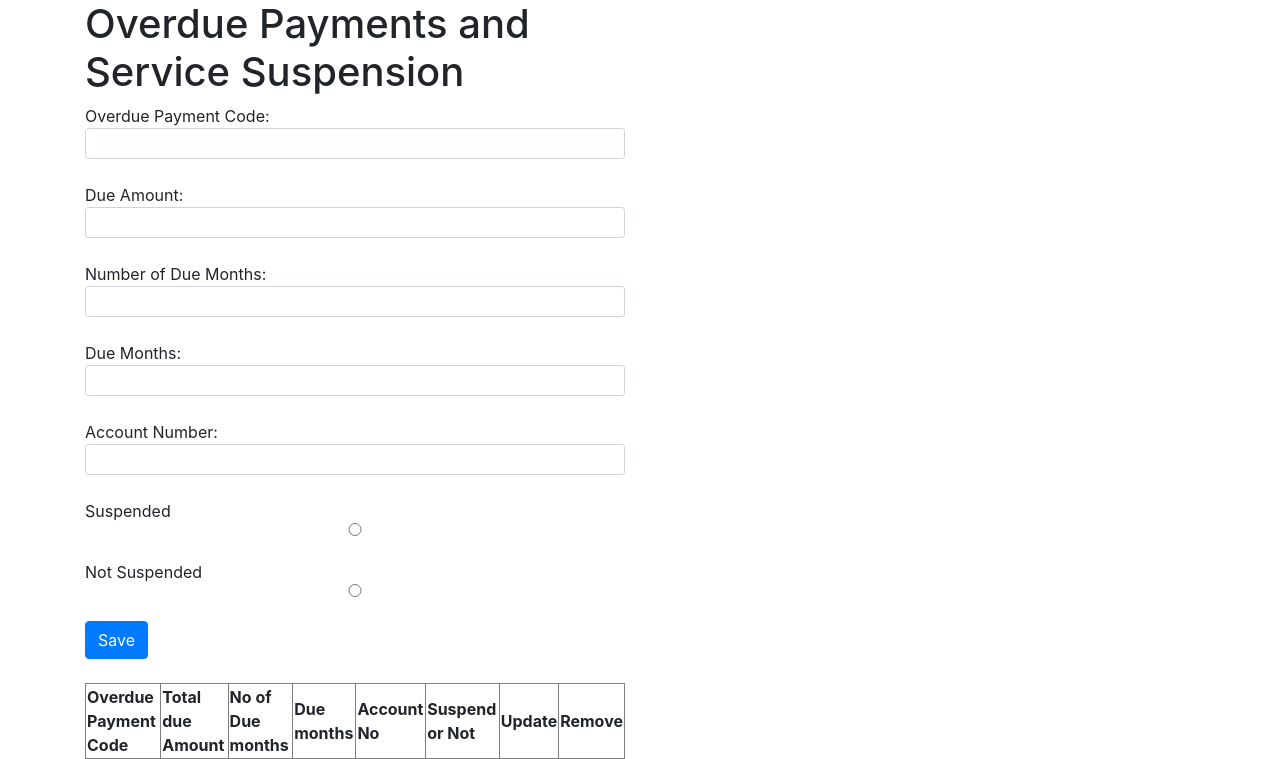
Repository: SameeriSubasinghe/ElectroGrid_G160_ODPaymentsService
Page: http://localhost/ElectroGrid_G160_ODPaymentService/ODPayment.jsp
An editor plug-in stored every save of this project. The page is shown before and after the next save, followed by the edit.
The browser window is 1280 px wide. The pictures show the whole page.
The page is served by Tomcat 9. Other server files are loaded and not shown. Queries for data that is not in the repository find no rows.

Above is the page before, as saved 2022-05-11 03:18:14.

### ElectroGrid_G160_ODPaymentService/src/main/webapp/ODPayment.jsp
<%@page import="com.ODPayment"%>
<%@ page language="java" contentType="text/html; charset=ISO-8859-1"
pageEncoding="ISO-8859-1"%>
<!DOCTYPE html>
<html>

<head>
<meta charset="ISO-8859-1">
<title>Overdue Payments and Service Suspension</title>
<link rel="stylesheet" href="Views/bootstrap.min.css">
<script src="Components/jquery-3.6.0.js"></script>
<script src="Components/ODPayment.js"></script>
</head>

<body>
<div class="container"><div class="row"><div class="col-6">
       <h1>Overdue Payments and Service Suspension</h1>
              <form id="formOdps" name="formOdps">
              Overdue Payment Code:
              <input id="ODCode" name="ODCode" type="text" class="form-control form-control-sm">
              <br>
              Due Amount:
              <input id="dueAmount" name="dueAmount" type="number" class="form-control form-control-sm">
              <br>
              Number of Due Months:
              <input id="dueMonthsNo" name="dueMonthsNo" type="number" class="form-control form-control-sm">
              <br>
              Due Months:
              <input id="dueMonths" name="dueMonths" type="text" class="form-control form-control-sm">
              <br>
              Account Number:
              <input id="accountNo" name="accountNo" type="text" class="form-control form-control-sm">
              <br>
              Suspended
              <input id="IsSuspend" name="IsSuspend" type="radio" class="form-control form-control-sm">
              <br>
              Not Suspended
              <input id="IsSuspend" name="IsSuspend" type="radio" class="form-control form-control-sm">
              <br>


              <input id="btnSave" name="btnSave" type="button" value="Save" class="btn btn-primary">
              <input type="hidden" id="hidOdpsIDSave" name="hidOdpsIDSave" value="">
</form>
<div id="alertSuccess" class="alert alert-success"></div>
<div id="alertError" class="alert alert-danger"></div>
<br>
<div id="divOdpsGrid">
 <%
 ODPayment ODPObj = new ODPayment();
 out.print(ODPObj.readODPayment());
 %>
</div>
</div> </div> </div>
</body>
</html>

### ElectroGrid_G160_ODPaymentService/src/main/webapp/Components/ODPayment.js
 $(document).ready(function()
{
if ($("#alertSuccess").text().trim() == ""){
 $("#alertSuccess").hide();
 }
 $("#alertError").hide();
});


// SAVE ============================================
 $(document).on("click", "#btnSave", function(event)
{
// Clear alerts---------------------
 $("#alertSuccess").text("");
 $("#alertSuccess").hide();
 $("#alertError").text("");
 $("#alertError").hide();


// Form validation-------------------
var status = validateODPaymentsForm();
if (status != true)
 {
 $("#alertError").text(status);
 $("#alertError").show();
 return;
 }

// If valid------------------------
var type = ($("#hidOdpsIDSave").val() == "") ? "POST" : "PUT";
 $.ajax(
 {
 url : "ODPaymentAPI",
 type : type,
 data : $("#formOdps").serialize(),
 dataType : "text",
 complete : function(response, status)
 {
 onODPaymentsSaveComplete(response.responseText, status);
 }
 });
});

function onODPaymentsSaveComplete(response, status)
{
if (status == "success")
 {
 var resultSet = JSON.parse(response);
 if (resultSet.status.trim() == "success")
 {
 $("#alertSuccess").text("Successfully saved.");
 $("#alertSuccess").show();
 $("#divOdpsGrid").html(resultSet.data);
 } else if (resultSet.status.trim() == "error")
 {
 $("#alertError").text(resultSet.data);
 $("#alertError").show();
 }
 } else if (status == "error")
 {
 $("#alertError").text("Error while saving.");
 $("#alertError").show();
 } else
 {
 $("#alertError").text("Unknown error while saving..");
 $("#alertError").show();
 }

 $("#hidOdpsIDSave").val("");
 $("#formOdps")[0].reset();
}

// UPDATE==========================================
$(document).on("click", ".btnUpdate", function(event)
{
 $("#hidOdpsIDSave").val($(this).data("ODPaymentid"));
 $("#ODCode").val($(this).closest("tr").find('td:eq(0)').text());
 $("#dueAmount").val($(this).closest("tr").find('td:eq(1)').text());
 $("#dueMonthsNo").val($(this).closest("tr").find('td:eq(2)').text());
 $("#dueMonths").val($(this).closest("tr").find('td:eq(3)').text());
 $("#accountNo").val($(this).closest("tr").find('td:eq(4)').text());
 $("#IsSuspend").val($(this).closest("tr").find('td:eq(5)').text());
});

// DELETE
/*
$(document).on("click", ".btnRemove", function(event)
{
	var pk = $('#del').attr('ODPaymentid');
 $.ajax(
 {
 url : "ODPaymentAPI",
 type : "DELETE",
 data : "ODPaymentID=" + $('#del').data('ODPaymentid'),
 dataType : "text",
 complete : function(response, status)
 {
 onODPaymentsDeleteComplete(response.responseText, status);
 }
 });
 console.log(pk);
});
*/
$(document).on("click", ".btnRemove", function(event)
{
 $.ajax(
 {
 url : "ODPaymentAPI",
 type : "DELETE",
 data : "ODPaymentID=" + $(this).data("ODPaymentid"),
 dataType : "text",
 complete : function(response, status)
 {
 onODPaymentsDeleteComplete(response.responseText, status);
 }
 });
});


function onODPaymentsDeleteComplete(response, status)
{
if (status == "success")
 {
 var resultSet = JSON.parse(response);
 if (resultSet.status.trim() == "success")
 {
 $("#alertSuccess").text("Successfully deleted.");
 $("#alertSuccess").show();
 $("#divOdpsGrid").html(resultSet.data);
 } else if (resultSet.status.trim() == "error")
 {
 $("#alertError").text(resultSet.data);
 $("#alertError").show();
 }
 } else if (status == "error")
 {
 $("#alertError").text("Error while deleting.");
 $("#alertError").show();
 } else
 {
 $("#alertError").text("Unknown error while deleting..");
 $("#alertError").show();
 }
}




// CLIENT-MODEL================================================================
function validateODPaymentsForm()
{

// OverDue Payment Code
if ($("#ODCode").val().trim() == ""){
 return "Insert Overdue Payment Code.";
 }


// OverDue Amount
if ($("#dueAmount").val().trim() == ""){
 return "Insert Due Amount.";
 }

// is numerical value
var tmpdueAmount = $("#dueAmount").val().trim();
if (!$.isNumeric(tmpdueAmount))
 {
 return "Insert a numerical value for Due Amount.";
 }
// convert to decimal price
 $("#dueAmount").val(parseFloat(tmpdueAmount).toFixed(2));


 //No of DueMonths
if ($("#dueMonthsNo").val().trim() == "")
 {
 return "Insert No of Due Months.";
 }

// is numerical value
var tmpdueMonthsNo = $("#dueMonthsNo").val().trim();
if (!$.isNumeric(tmpdueMonthsNo))
 {
 return "Insert a numerical value for No of DueMonths.";
 }


 // Due Months
if ($("#dueMonths").val().trim() == "")
 {
 return "Insert Due Months.";
 }

// Account Number
if ($("#accountNo").val().trim() == "")
 {
 return "Insert Item Account Number.";
 }



return true;
}

Loaded but not shown: ElectroGrid_G160_ODPaymentService/src/main/webapp/Views/bootstrap.min.css (library); ElectroGrid_G160_ODPaymentService/src/main/webapp/Components/jquery-3.6.0.js (library)

After the next save:
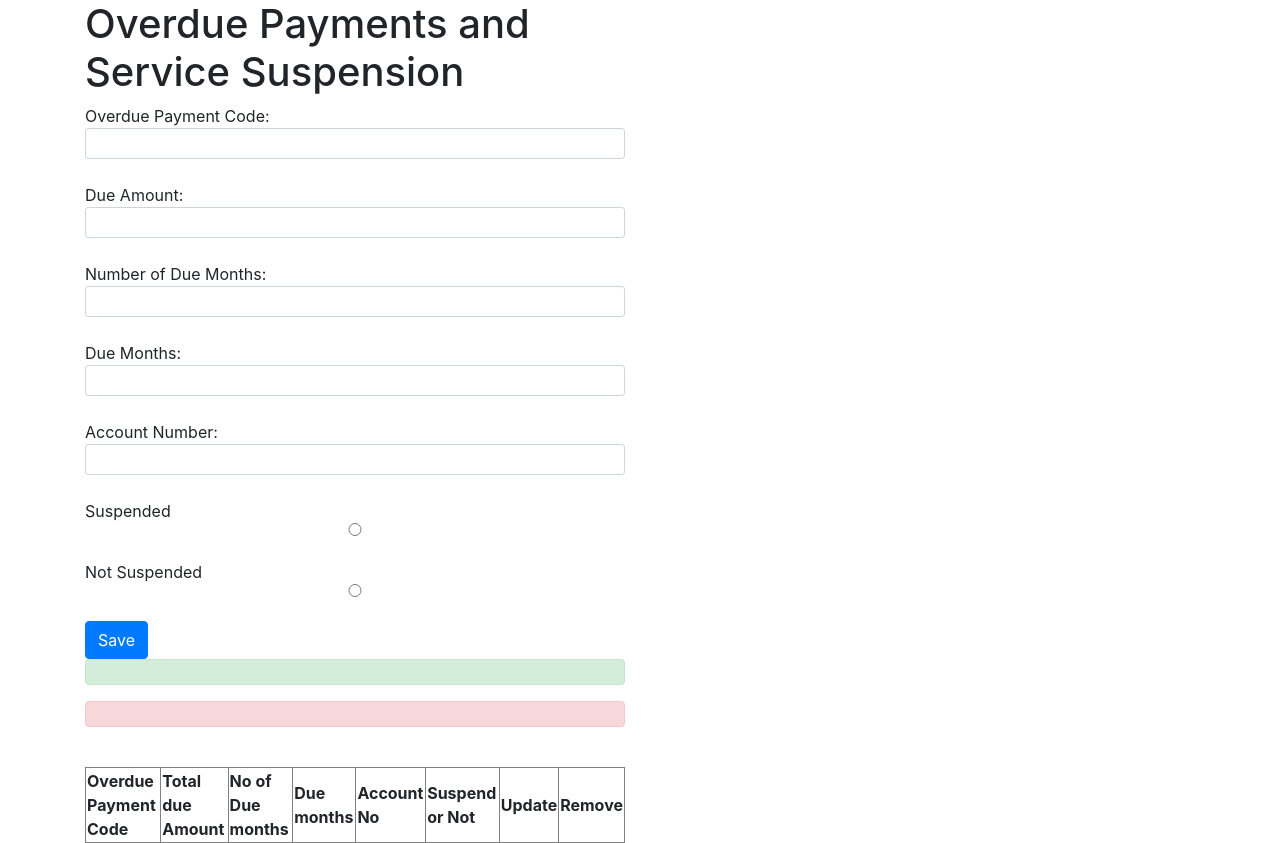
Console error: SyntaxError: missing ) after argument list
Saved 2 h 25 min later.
--- a/ElectroGrid_G160_ODPaymentService/src/main/webapp/Components/ODPayment.js
+++ b/ElectroGrid_G160_ODPaymentService/src/main/webapp/Components/ODPayment.js
@@ -107,7 +107,7 @@
  {
  url : "ODPaymentAPI",
  type : "DELETE",
- data : "ODPaymentID=" + $(this).data("ODPaymentid"),
+ data : "ODPaymentID=" + $(this).data(""odpaymentid"),
  dataType : "text",
  complete : function(response, status)
  {

After the save that followed:
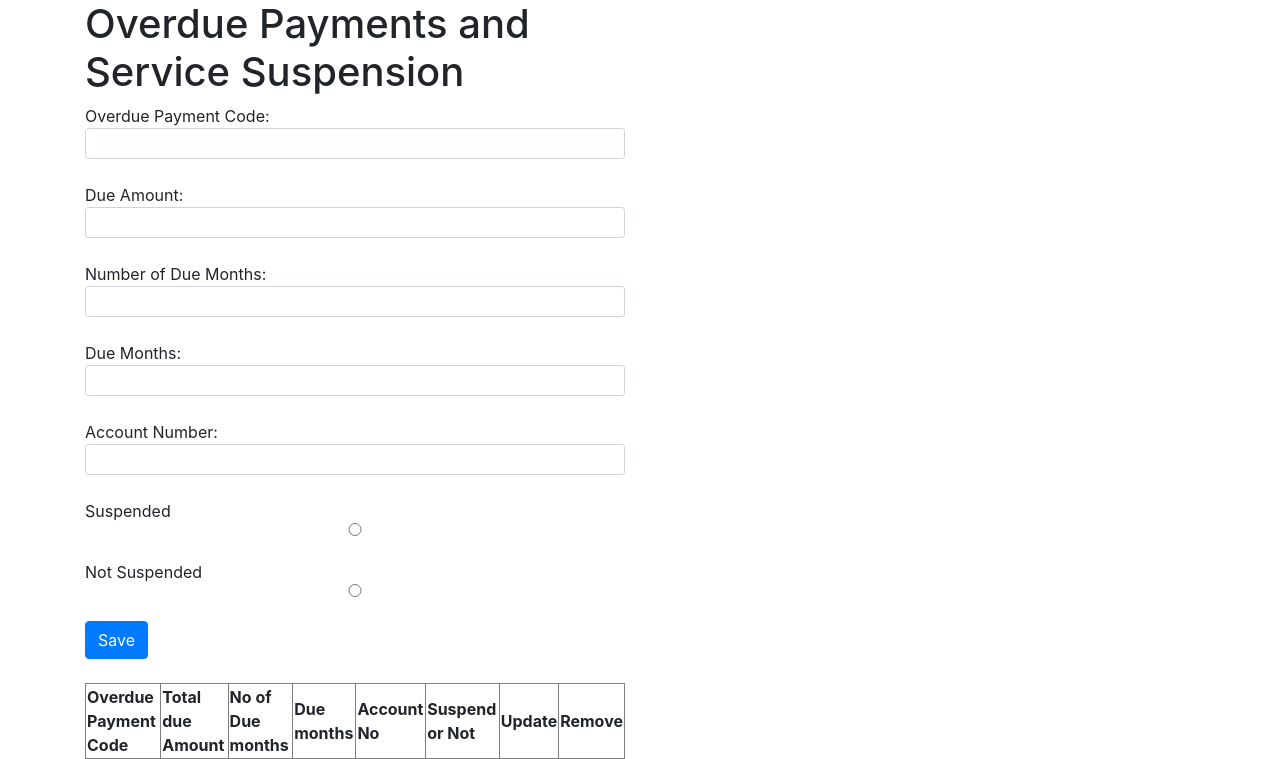
The error is gone.
Saved 12 s later.
--- a/ElectroGrid_G160_ODPaymentService/src/main/webapp/Components/ODPayment.js
+++ b/ElectroGrid_G160_ODPaymentService/src/main/webapp/Components/ODPayment.js
@@ -107,7 +107,7 @@
  {
  url : "ODPaymentAPI",
  type : "DELETE",
- data : "ODPaymentID=" + $(this).data(""odpaymentid"),
+ data : "ODPaymentID=" + $(this).data("ODPaymentid"),
  dataType : "text",
  complete : function(response, status)
  {
